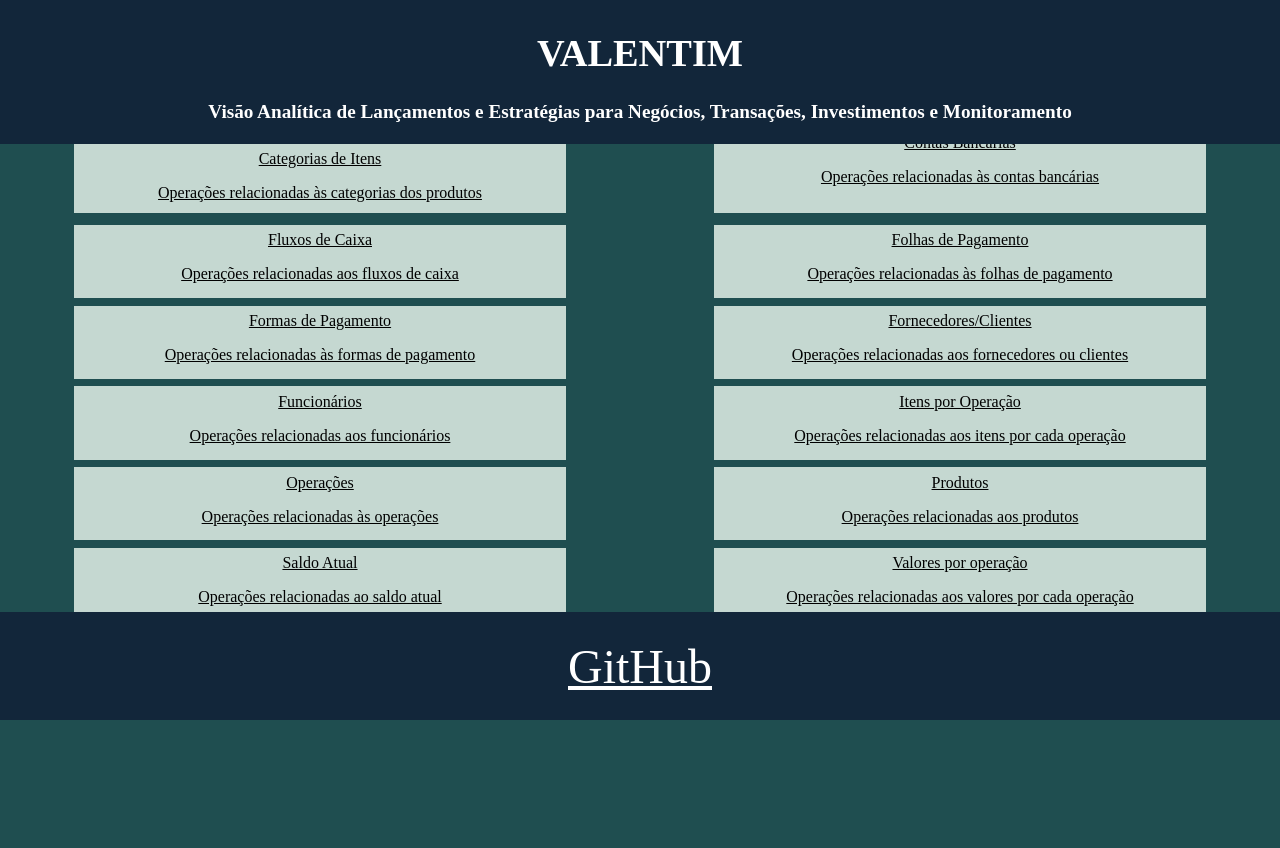
Repository: Matheus-Lacerda009/ERP-Financeiro
Page: Front/menu/menu.html
These files come from the project's save history. The page is drawn as it stood at one moment and after a run of saves; the edit follows.
The browser window is 1280 px wide. The pictures show the whole page.

Above is the page before, as saved 2026-07-13 19:15:15.

### Front/menu/menu.html
<!DOCTYPE html>
<html lang="en">
<head>
    <meta charset="UTF-8">
    <meta name="viewport" content="wclassth=device-wclassth, initial-scale=1.0">
    <link rel="stylesheet" href="menu.css">
    <title>Document</title>
</head>
<body>
    <header>
        <h1>VALENTIM</h1>
        <h2>Visão Analítica de Lançamentos e Estratégias para Negócios, Transações, Investimentos e Monitoramento</h2>
    </header>
    <main>
        <div class="container">
            <a href="../categoria_item/categoria_item.html" class="links">
                <div class="divEntidades">
                    <p>Categorias de Itens</p>
                    <p>Operações relacionadas às categorias dos produtos</p>
                </div>
            </a>
            <a href="../conta_bancaria/conta_bancaria.html" class="links">
            <div class="divEntidades">
                Contas Bancárias
                <p>Operações relacionadas às contas bancárias</p>
            </div>
            </a>
            <a href="../fluxo_caixa/fluxo_caixa.html" class="links">
            <div class="divEntidades">
                Fluxos de Caixa
                <p>Operações relacionadas aos fluxos de caixa</p>
            </div>
            </a>
            <a href="../folha_pagamento/folha_pagamento.html" class="links">
            <div class="divEntidades">
                Folhas de Pagamento
                <p>Operações relacionadas às folhas de pagamento</p>
            </div>
            </a>
            <a href="../forma_pagamento/forma_pagamento.html" class="links">
            <div class="divEntidades">
                Formas de Pagamento
                <p>Operações relacionadas às formas de pagamento</p>
            </div>
            </a>
            <a href="../fornecedor_cliente/fornecedor_cliente.html" class="links">
            <div class="divEntidades">
                Fornecedores/Clientes
                <p>Operações relacionadas aos fornecedores ou clientes</p>
            </div>
            </a>
            <a href="../funcionario/funcionario.html" class="links">
            <div class="divEntidades">
                Funcionários
                <p>Operações relacionadas aos funcionários</p>
            </div>
            </a>
            <a href="../itens_operacao/itens_operacao.html" class="links">
            <div class="divEntidades">
                Itens por Operação
                <p>Operações relacionadas aos itens por cada operação</p>
            </div>
            </a>
            <a href="../operacao/operacao.html" class="links">
            <div class="divEntidades">
                Operações
                <p>Operações relacionadas às operações</p>
            </div>
            </a>
            <a href="../produtos/produtos.html" class="links">
            <div class="divEntidades">
                Produtos
                <p>Operações relacionadas aos produtos</p>
            </div>
            </a>
            <a href="../saldoAtual/saldoAtual.html" class="links">
            <div class="divEntidades">
                Saldo Atual
                <p>Operações relacionadas ao saldo atual</p>
            </div>
            </a>
            <a href="../valor_pVenda/valor_pVenda.html" class="links">
            <div class="divEntidades">
                Valores por operação
                <p>Operações relacionadas aos valores por cada operação</p>
            </div>
            </a>
            <a href="../valor_salario/valor_salario.html" class="links">
            <div class="divEntidades">
                Salários
                <p>Operações relacionadas aos salários</p>
            </div>
            </a>
            <a href="../notaFiscal/nota_fiscal.html" class="links">
            <div class="divEntidades">
                <p>Notas Fiscais</p>
                <p>Operações relacionadas às notas fiscais</p>
            </div>
            </a>
        </div>
    </main>
    <footer>
        <a href="https://github.com/Matheus-Lacerda009/ERP-Financeiro.git" id="github">GitHub</a>
    </footer>
</body>
</html>

### Front/menu/menu.css
body{
    overflow: hidden;
}
header{
    position: fixed;
    top: 0;
    left: 0;
    width: 100%;
    height: 20%;
    background-color: #12263A;
    z-index: 1;
    text-align: center;
    align-content: center;
}

footer{
    position: fixed;
    bottom: 0;
    left: 0;
    width: 100%;
    height: 15%;
    background-color: #12263A;
    text-align: center;
    align-content: center;
}

#github{
    color: white;
    font-size: 300%;
}

header, h1{
    font-size: 300%;
    color: white;
    font-size: 3vw;
}

header, h2{
    color: white;
    font-size: 1.5vw;
}

body{
    margin: 0;
    padding: 0;
    background-color: #1f4e50;
}

.container{
    height: 100vh;
    width: 100%;
    margin-top: 10%;
    box-sizing: border-box;
    display: grid;
    grid-template-columns: repeat(2, 7fr);
    align-content: start;
}

.divEntidades{
    height: 75%;
    width: 75%;
    background-color: #C5D8D1;
    text-align: center;
    padding: 1%;
    margin: auto;
}

.links{
    color: black;
}

After the next 6 saves:
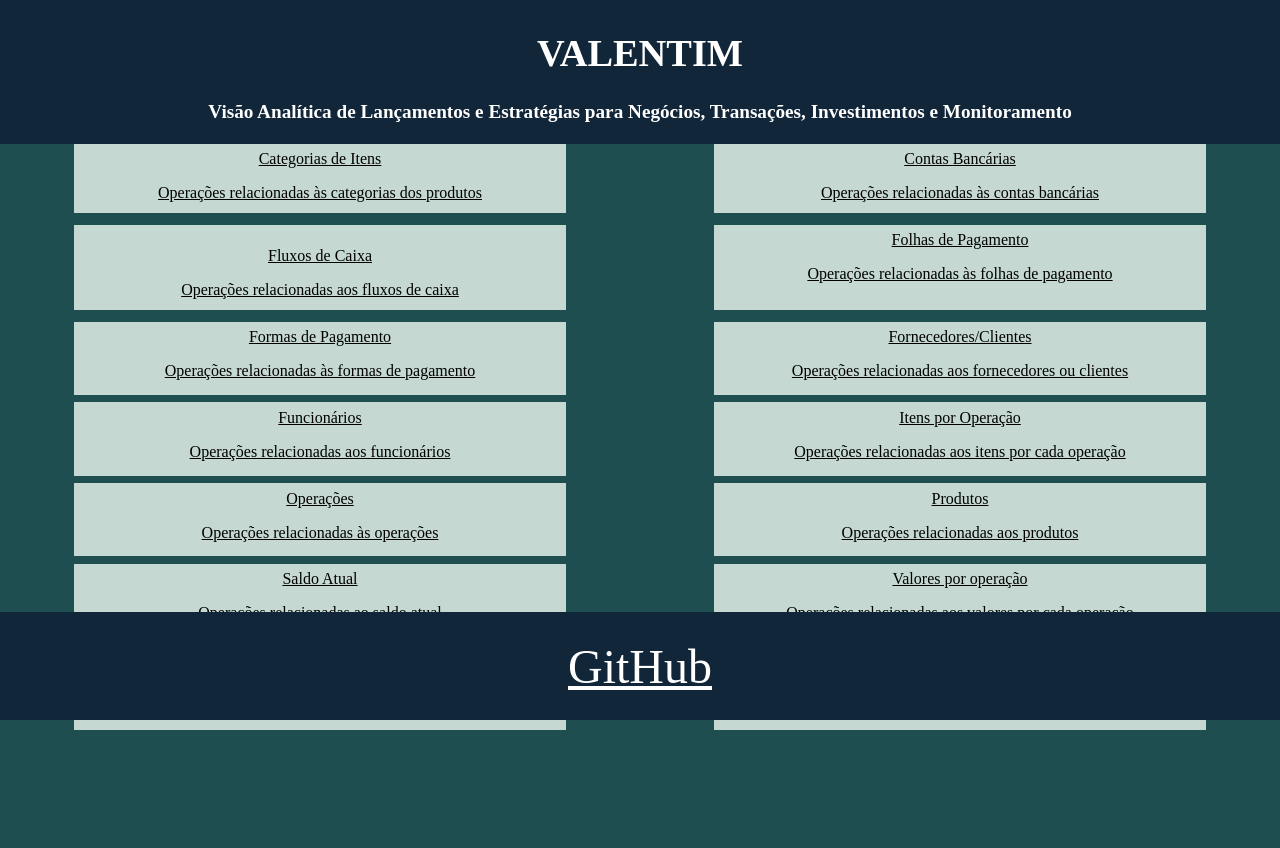
The 6 saves are shown as one change because they came seconds apart.
The last was saved 24 s later.
--- a/Front/menu/menu.html
+++ b/Front/menu/menu.html
@@ -21,13 +21,13 @@
             </a>
             <a href="../conta_bancaria/conta_bancaria.html" class="links">
             <div class="divEntidades">
-                Contas Bancárias
+                <p>Contas Bancárias</p>
                 <p>Operações relacionadas às contas bancárias</p>
             </div>
             </a>
             <a href="../fluxo_caixa/fluxo_caixa.html" class="links">
             <div class="divEntidades">
-                Fluxos de Caixa
+                <p>Fluxos de Caixa</p>
                 <p>Operações relacionadas aos fluxos de caixa</p>
             </div>
             </a>
